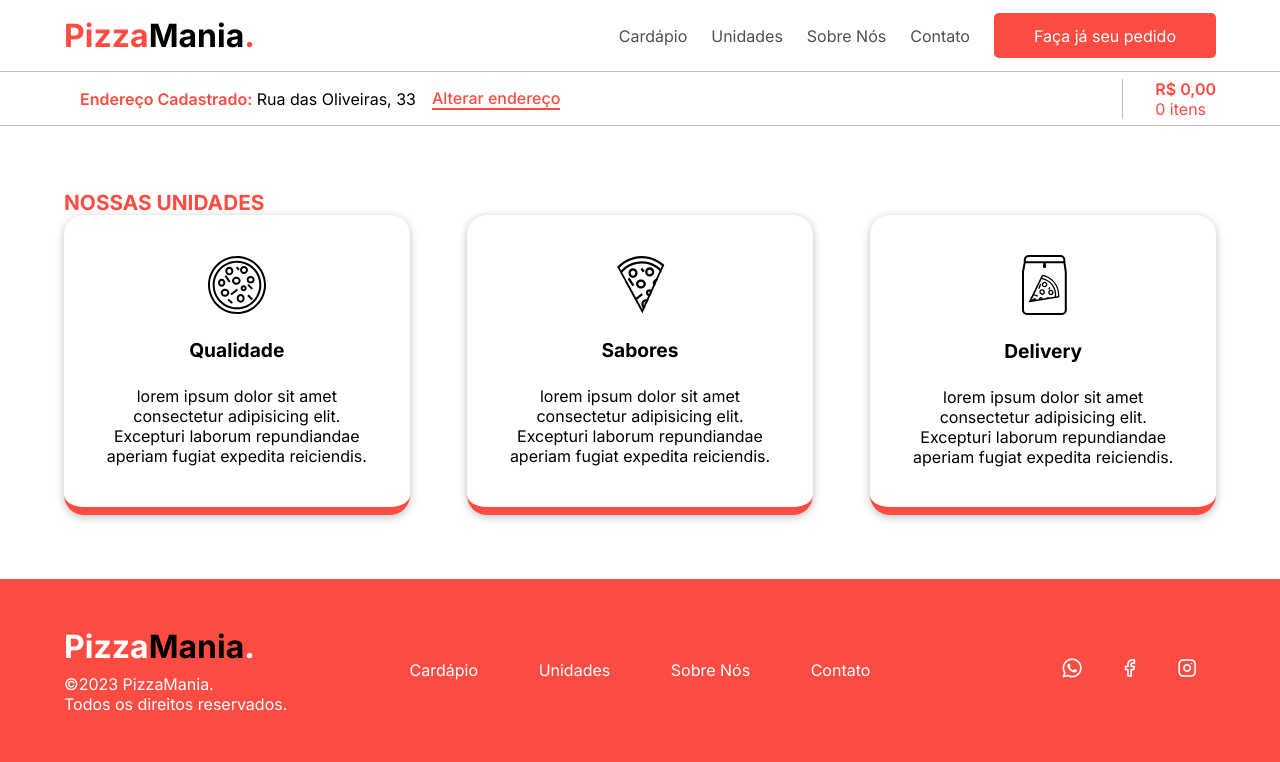
Repository: lucas-albuq/PizzaMania
Page: assets/pages/unidades.html
These files come from the project's save history. The page is drawn as it stood at one moment and after a run of saves; the edit follows.
The browser window is 1280 px wide. The pictures show the whole page.
Some icons come from a web library that is not loaded, so they are not drawn. Some web libraries are served in a nearby version.

Above is the page before, as saved 2024-01-04 22:29:33.

After the next 3 saves:
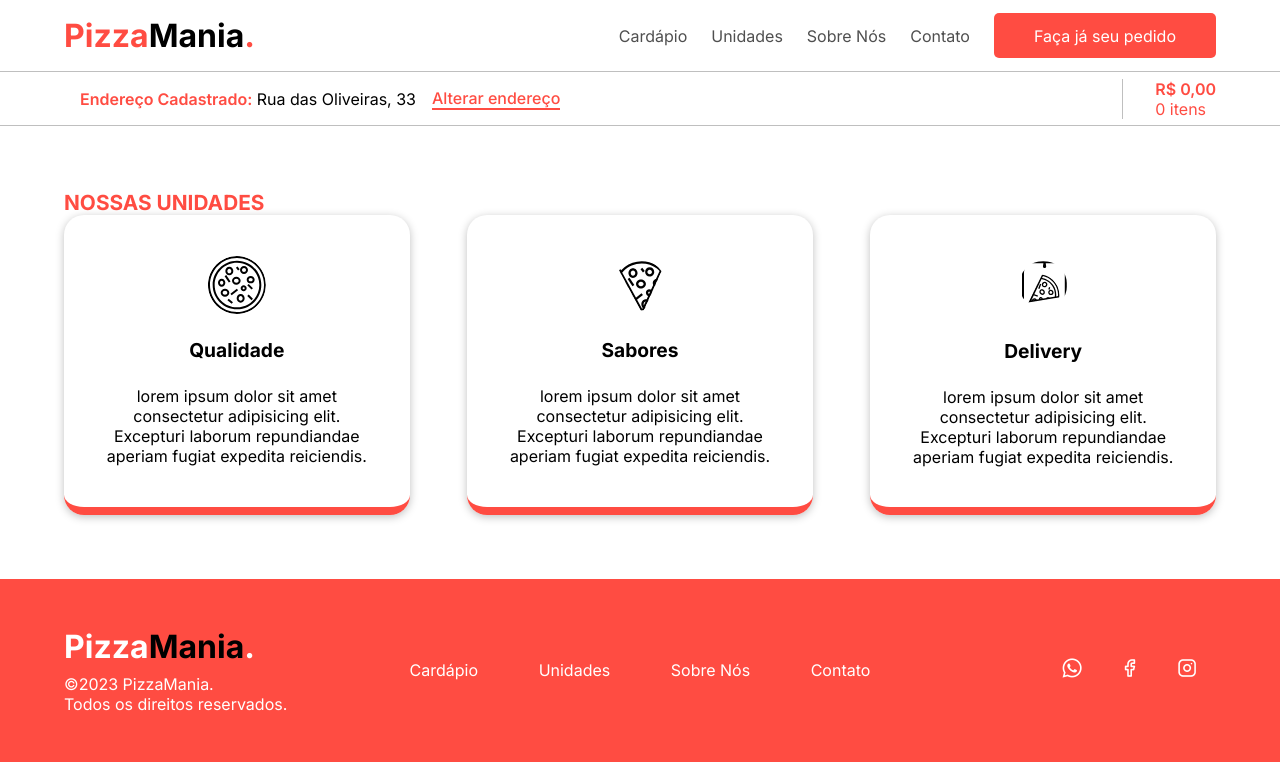
The 3 saves are shown as one change because they came seconds apart.
The last was saved 8 s later.
--- a/assets/css/pizzamania.css
+++ b/assets/css/pizzamania.css
@@ -267,6 +267,9 @@
   height: 3.5em;
 }
 
+.unidades img{
+  clip-path: circle();
+}
 .servicos p, .unidades p{
   text-align: center;
 }
